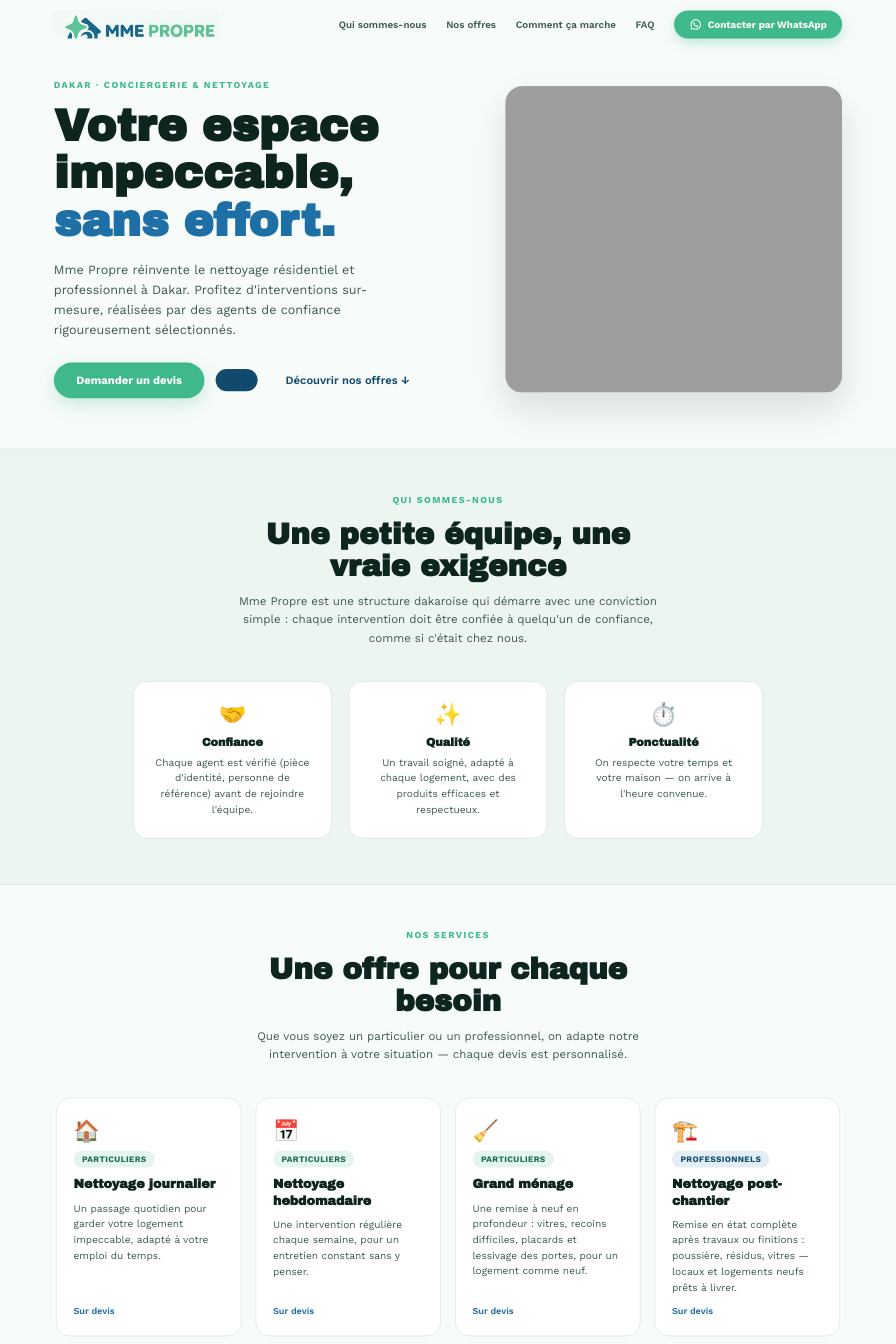
Repository: AntaaaKD/Mme-Propre
Page: index.html
An editor plug-in stored every save of this project. The page is shown before and after the next save, followed by the edit.
The browser window is 1280 px wide. The pictures show the part of the page from y = 0 to 1920 px (the page is 4385 px tall), at 70% of full size.
Pictures or frames that could not be fetched are drawn as grey boxes.

Above is the page before, as saved 2026-07-29 00:54:40.

After the next save:
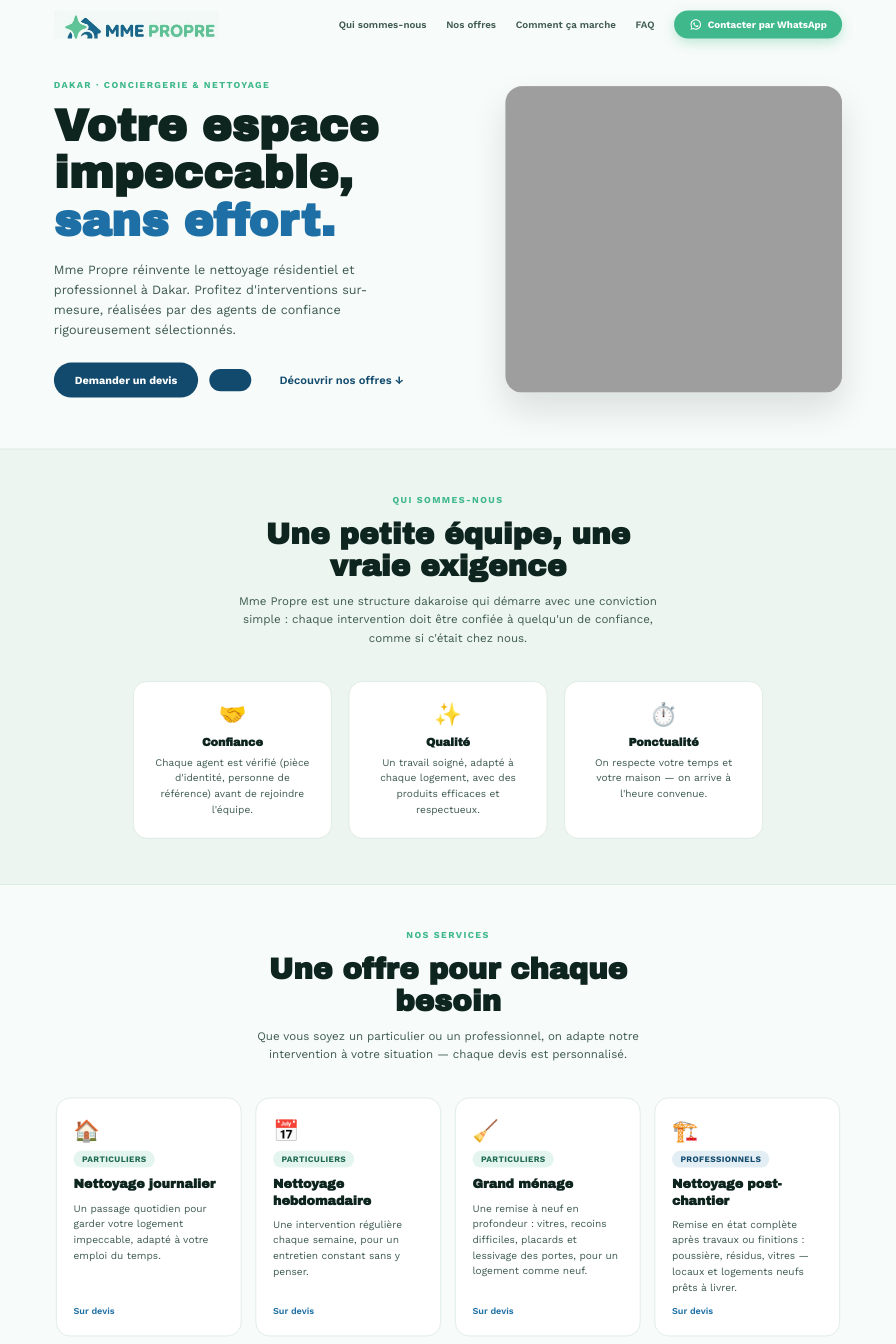
Saved 20 s later.
--- a/index.html
+++ b/index.html
@@ -223,7 +223,7 @@
       <h1>Votre espace impeccable, <span class="accent">sans effort.</span></h1>
       <p class="lead">Mme Propre réinvente le nettoyage résidentiel et professionnel à Dakar. Profitez d'interventions sur-mesure, réalisées par des agents de confiance rigoureusement sélectionnés.</p>
       <div class="hero-ctas">
-        <a href="#devis" class="btn-primary">Demander un devis</a>
+        <a href="#devis" class="btn-direct">Demander un devis</a>
 
     <a class="btn-direct" id="direct-wa" href="#" target="_blank" rel="noopener"></a>
         <a href="#offres" class="btn-secondary">Découvrir nos offres ↓</a>
